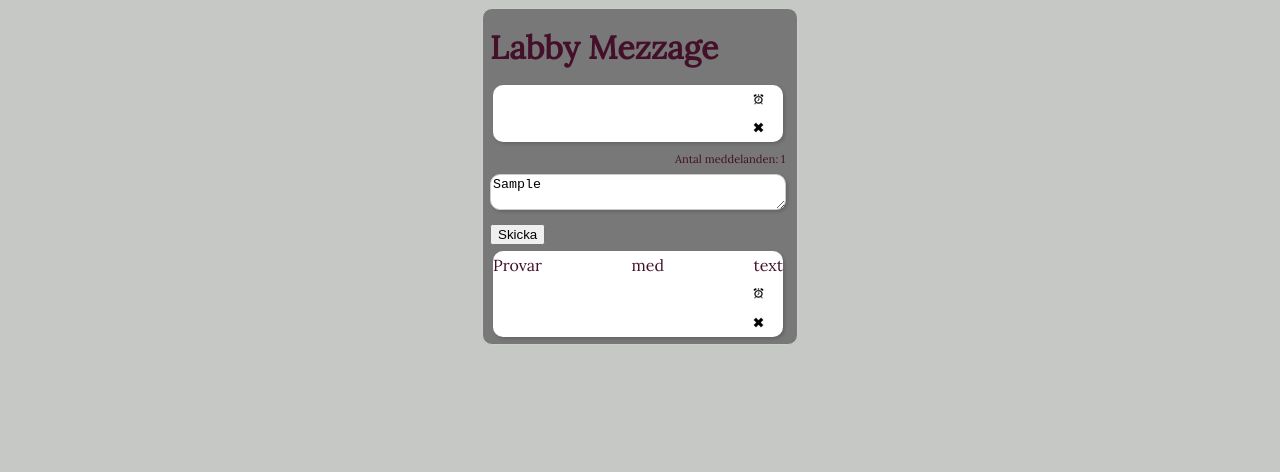
Repository: Angamanga/1dv403-laborationer
Page: 2-labbymezzage/index.html
The author's editor kept a record of every edit. The page is drawn from the files as they stood at one moment, then again after the next edit.
The browser window is 1280 px wide. The pictures show the whole page.
Empty fields were first filled with sample values (such as "Sample", 5 or name@example.com).
After loading, the first visible `input.submitMessage` was clicked once.

Above is the page before.

After the next edit:
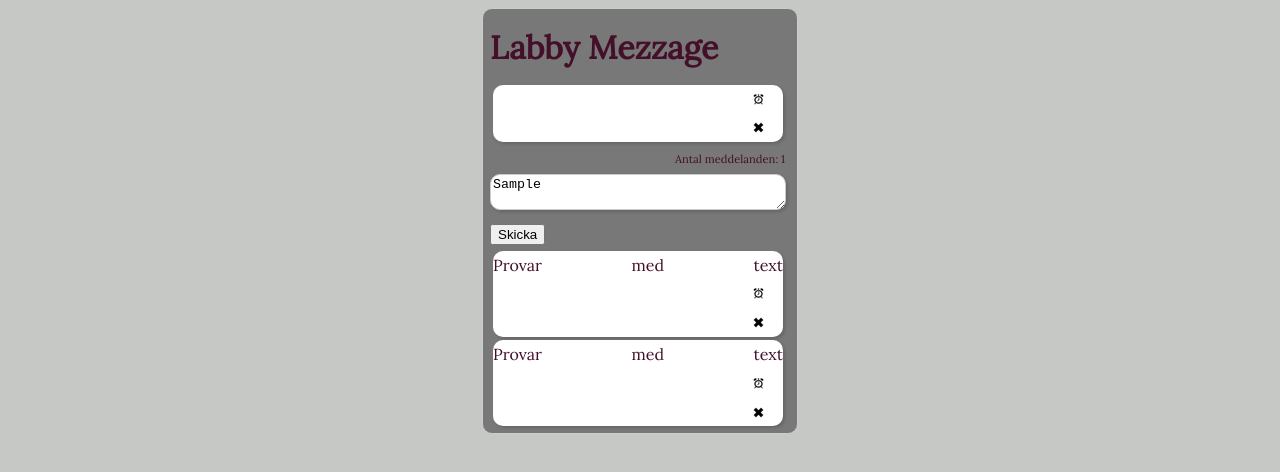
The edit:
--- a/2-labbymezzage/js/script.js
+++ b/2-labbymezzage/js/script.js
@@ -54,7 +54,7 @@
 MessageBoard.messages.push(msg);
 p.innerHTML = "Antal meddelanden: " + MessageBoard.messages.length;
 
-
+	writeMessage();
 
 
 
